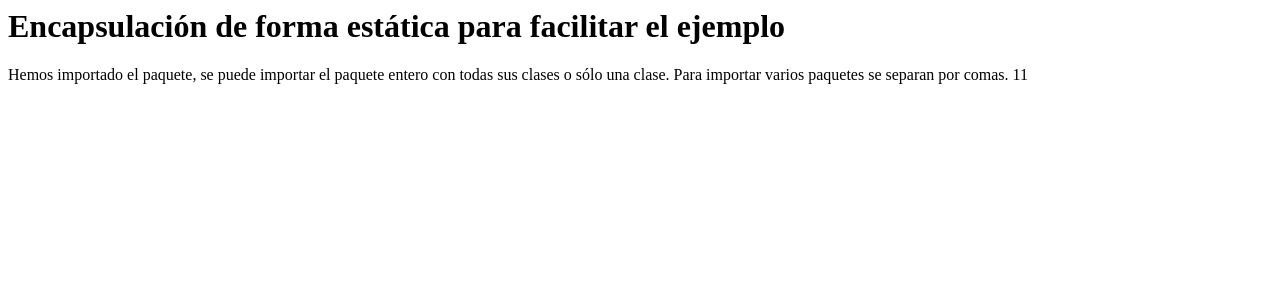
Repository: daniunizar/TrasteoBBDDJson
Page: http://localhost/jsp01/06importacion.jsp
An editor plug-in stored every save of this project. The page is shown before and after the next save, followed by the edit.
The browser window is 1280 px wide. The pictures show the whole page.
The page is served by Tomcat 9. Other server files are loaded and not shown.

Above is the page before, as saved 2021-09-01 15:16:03.

### jsp01/src/main/webapp/06importacion.jsp
<%@ page import="jsp01.*" %>
<html>
<body>
<h1>Encapsulación de forma estática para facilitar el ejemplo</h1>
Hemos importado el paquete, se puede importar el paquete entero con todas sus clases o sólo una clase.
Para importar varios paquetes se separan por comas.
<%= Calculos.metodoSuma(5, 6) %>
</body>
</html>

### jsp01/src/main/java/jsp01/Calculos.java
package jsp01;

public class Calculos {
	private static int resultado;
	public static int metodoSuma(int num1, int num2){
		resultado = num1 + num2;
		return resultado;
	}

	public static int metodoResta(int num1, int num2){
		resultado = num1 - num2;
		return resultado;
	}

	public static int metodoMultiplica(int num1, int num2){
		resultado = num1 * num2;
		return resultado;
	}
}

After the next save:
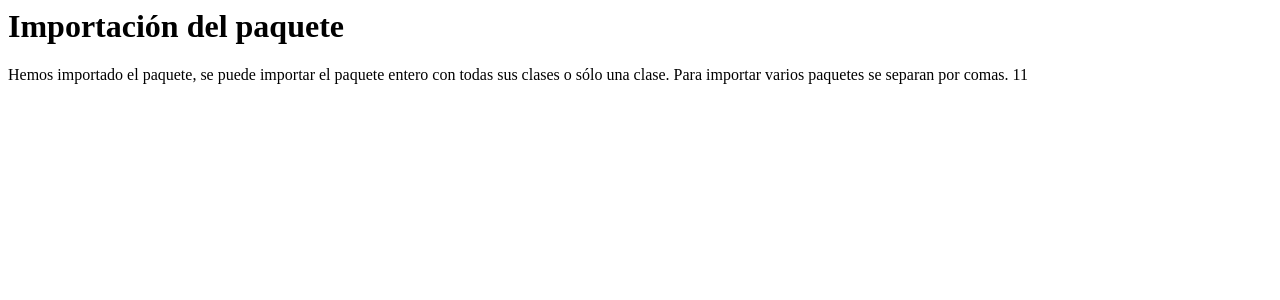
Saved 12 min 39 s later.
--- a/jsp01/src/main/webapp/06importacion.jsp
+++ b/jsp01/src/main/webapp/06importacion.jsp
@@ -1,7 +1,7 @@
 <%@ page import="jsp01.*" %>
 <html>
 <body>
-<h1>Encapsulación de forma estática para facilitar el ejemplo</h1>
+<h1>Importación del paquete</h1>
 Hemos importado el paquete, se puede importar el paquete entero con todas sus clases o sólo una clase.
 Para importar varios paquetes se separan por comas.
 <%= Calculos.metodoSuma(5, 6) %>
